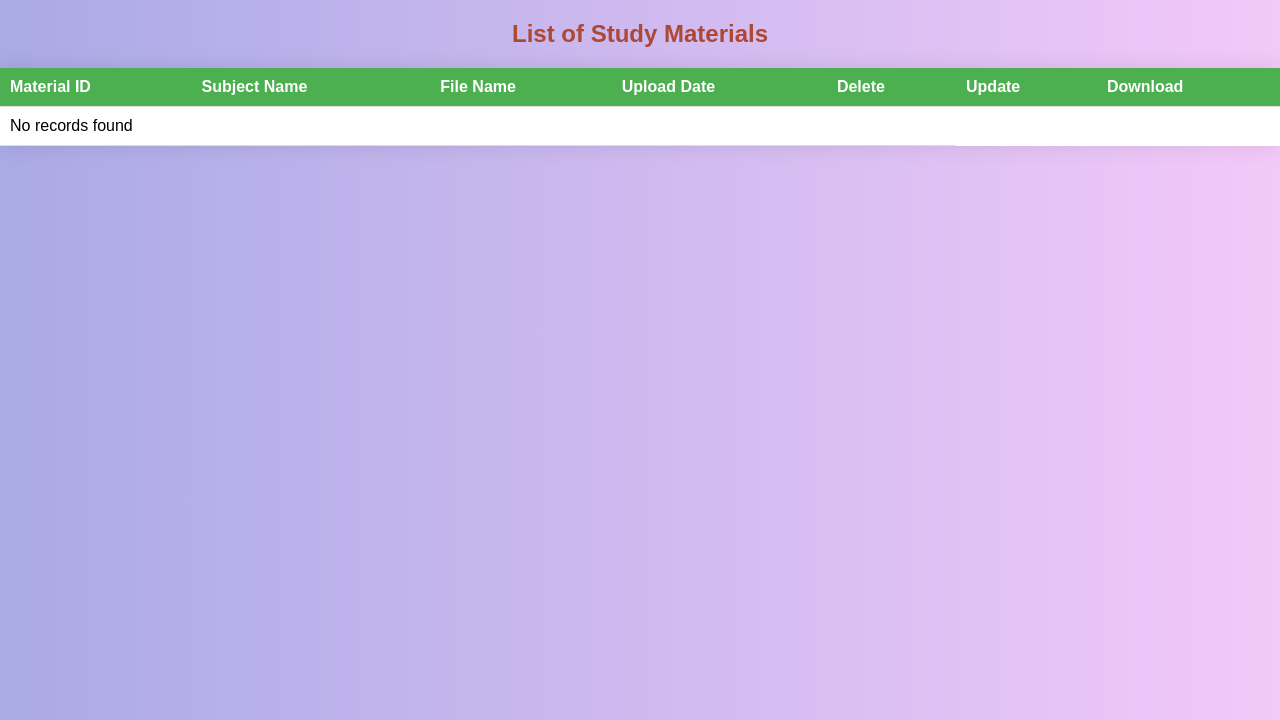
Repository: Acharya-Keerthana/Education
Page: http://localhost/third_sem/COD.php
An editor plug-in stored every save of this project. The page is shown before and after the next save, followed by the edit.
The browser window is 1280 px wide. The pictures show the whole page.
The page is run by PHP 8.4 with error messages shown; the project is at /var/www/html/. Queries for data that is not in the repository find no rows.

Above is the page before, as saved 2024-04-16 20:52:07.

After the next save:
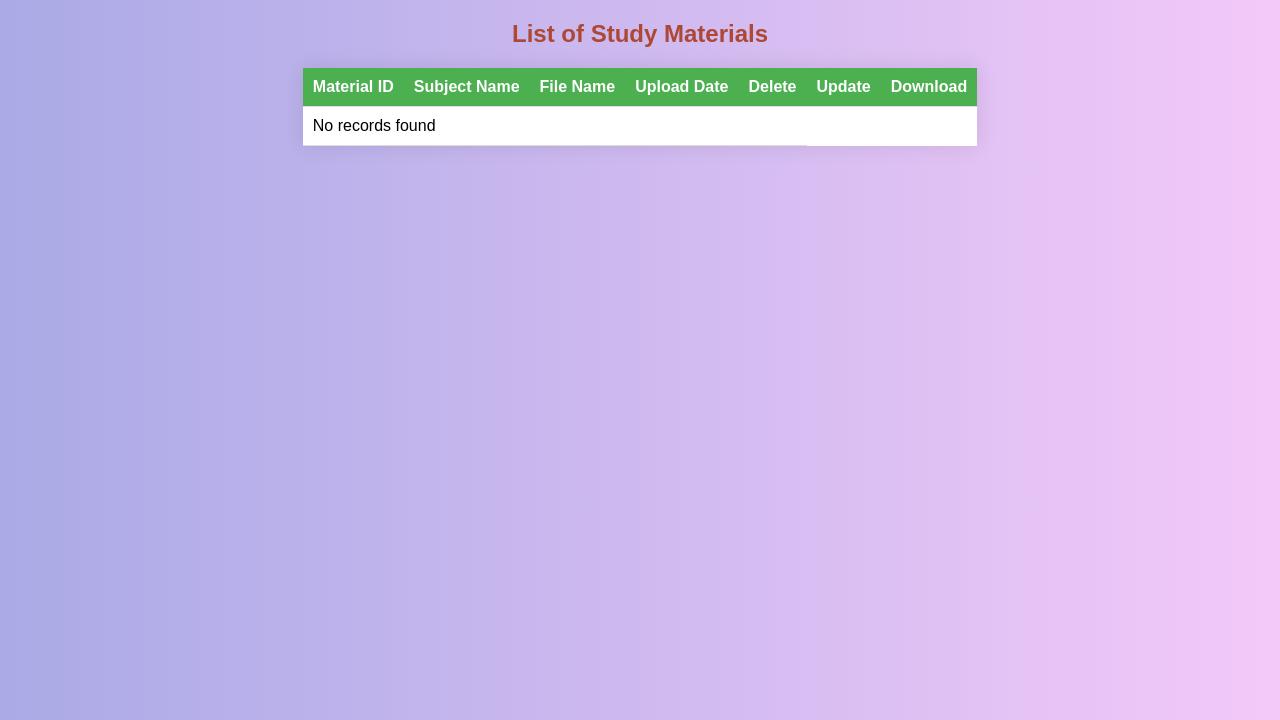
Saved 38 s later.
--- a/third_sem/styles.css
+++ b/third_sem/styles.css
@@ -38,7 +38,7 @@ h2 {
 }
 
 table {
-    width: 100%;
+    width: fit-content;
     margin: 20px auto;
     border-collapse: collapse;
     background-color: #fff;
